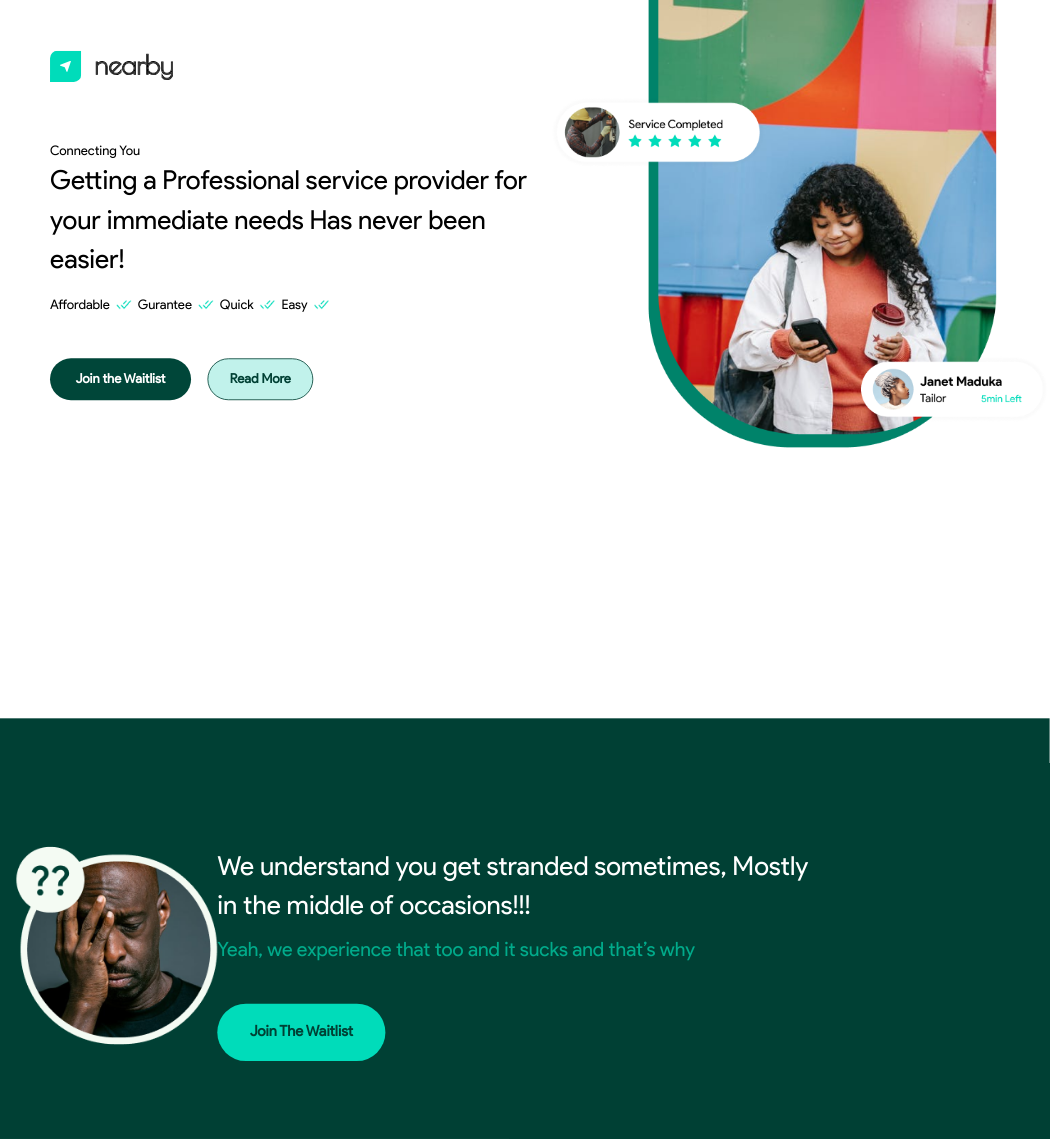
Repository: Eugene44-hub/Mearby
Page: /
An editor plug-in stored every save of this project. The page is shown before and after the next save, followed by the edit.
The browser window is 1280 px wide. The pictures show the whole page, at 82% of full size.
The project was rebuilt for these pictures with package versions that can differ from the ones it lists, and the page was loaded fresh each time.

Above is the page before, as saved 2022-04-30 07:19:07.

### src/App.tsx
import React from 'react';
import Hero from './components/hero/Hero';
import Nav from './components/nav/Nav';
import LandingPage from './pages/landing/LandingPage';

function App() {
  return (
   <>
<Nav/>
<LandingPage/>
</>

);
}

export default App;

### src/components/nav/Nav.tsx
import React from 'react';
import send from '../../assets/images/send.svg';
import nearby from '../../assets/images/nearby logo.svg';
import styles from "./Nav.module.css"
const Nav = () => {
	return (
		<nav className={`md:h-auto h-[96.57px] ${styles.nav} flex`}>
			<header className="m-auto block md:hidden">
				<div className="flex justify-center">
					<img
						src={send}
						className="bg-[#00DCBA] mr-[16.79px] p-3 rounded-tl-[8.91471px] rounded-br-[8.91471px]"
						alt="send"
					/>
					<img src={nearby} alt="send" />
				</div>
			</header>
		</nav>
	);
};

export default Nav;

### src/pages/landing/LandingPage.tsx
import React from 'react'
import Hero from '../../components/hero/Hero';
import Understand from '../../components/understand/Understand';
const LandingPage = () => {
  return (
    <>

    <Hero/>
    <Understand/>
    </>
  )
}

export default LandingPage

### src/components/nav/Nav.module.css
@media screen and (max-width:768px) {
    .nav{
/* display: none; */
/* bg-[#014034] */
background-color:#014034;
}
}

### src/components/hero/Hero.tsx
import React from 'react';
import styles from './Hero.module.css';
import checked from '../../assets/images/checked.png';
import heroImg from '../../assets/images/heroImg.png';
import send from '../../assets/images/send.svg';
import nearby from '../../assets/images/nearbyDark.svg';

const Hero = () => {
	const minorText: string[] = [ 'affordable', 'gurantee', 'quick', 'easy' ];
	return (
		<section className=" md:pl-[61px]">
			<div className={`${styles.container} md:flex justify-between`}>
				<div className={`${styles.heroContainer} mb-[3rem] flex flex-wrap md:w-[50%]`}>
					<div className="md:flex w-[20%] hidden mt-[62px] items-center">
						<img
							src={send}
							className="bg-[#00DCBA] w-[100%] mr-[16.79px] p-3 rounded-tl-[8.91471px] rounded-br-[8.91471px]"
							alt="send"
						/>
						<img src={nearby} alt="send" />
					</div>

					<div className="m-auto">
						<h2 className={` ${styles.connectHead} flex items-end md:h-[95.5px]`}>Connecting You</h2>
						<p className={`text-[2rem] ${styles.connectText}`}>
							Getting a Professional service provider for your immediate needs Has never been easier!
						</p>
					</div>

					<ul className={`${styles.connectList} mt-5 flex justify-between `}>
						{minorText.map((item, index) => (
							<li key={index} className="flex items-center capitalize mr-2">
								{item} <img src={checked} className="w-[18px] ml-2" alt="checked" />
							</li>
						))}
					</ul>

					<div className="w-[100%] md:pt-[53px] md:px-0 p-5">
						<button className="bg-[#004639] font-bold w-[172px] h-[51px] text-white mr-5 rounded-[50px]">
							Join the Waitlist
						</button>
						<button className="bg-[#C1F2EB] font-bold w-[129px] h-[51px] rounded-[50px] text-[#004034] border border-[#004034] capitalize">
							read more
						</button>
					</div>
				</div>
				<div className="md:w-[50%]">
					<img src={heroImg} className={styles.heroImg} alt="" />
				</div>
			</div>
		</section>
	);
};

export default Hero;
// wKcVoY0oBaK0dDUj5
// yX2Q8nskPsN4AjVkAPMBM

### src/components/understand/Understand.tsx
import React from 'react'
import understand from "../../assets/images/understand.png"
import WaitLight from "../../components/Buttons/WaitLight"
const Understand = () => {
  return (
    <div className='bg-[#004034] px-5 pt-[9.75rem] md:flex  relative mt-[20rem]'>

  <img src={understand} className=" absolute block md:hidden translate-x-[-50%] left-[50%] top-[-20%]" alt="understand" />
  <div className='30%'>
  <img src={understand} className=" w-[100%]"alt="understand" />

  </div>

<div className='w-[60%]'>
<div>
  <p className='text-[2rem] text-white'>
  We understand you get stranded sometimes, Mostly in the middle of occasions!!!
  </p>
  <p className='mt-3 text-[1.5rem] text-[#01AB8B] '>
  Yeah, we experience that too and it sucks and that’s why  </p>
</div>

<div className='pt-[3rem] pb-[5.938rem]'>
<WaitLight/>
</div>

</div>



    </div>
  )
}

export default Understand

### src/components/hero/Hero.module.css
.container{
height: 812px;
background-image: url(../../assets/images/mobileHero.png);
background-repeat: no-repeat;
background-position: center;
background-size: 133% 100%;
}


.heroImg{
    display: none;
    width: 100%;
}
.heroContainer{
    /* background-color: black; */
    color: white;

}
.connectHead,.connectText,.connectList{
    padding: 20px;

}
@media screen and (min-width:600px) {
    .container{
    background-image:none;
    height: auto;
}
.connectHead{
    background-color: none;
}
.heroImg{
    display: block;
}
.connectHead{
    background-color: none;
}
.heroContainer{
    /* background-color: black; */
    color: black ;
}

}

@media screen and (min-width:768px) {
    .connectHead,.connectText,.connectList{
        padding: 0px;
    }

}


@media screen and (max-width:600px){
.connectHead{
    background-color: #004034;
}

}
/* .minorTxt{
} */
/* linear-gradient(rgba(0, 64, 52, 1), rgba(0, 57, 64, 0)) */
/* linear-gradient(rgba(0, 64, 52, 1),rgba(0, 64, 52, 1)) */

### src/components/Buttons/WaitLight.tsx
import React from 'react'
import styles from "./Button.module.css"

const Wait = () => {
  return (
    <button className={`${styles.light} capitalize`}>Join the waitlist</button>

  )
}

export default Wait

### src/components/Buttons/Button.module.css
    .light {
        background-color: #00DCBA;
        color: #004034;
        width: 205px;
        font-size: 1.125rem;
    }

    .dark {
        background-color: #004639;
        color: #004034;
        font-size: "1rem";
        width: 192px;
    }

    .light,
    .dark {
        height: 70px;
        border-radius: 50px;
        font-weight: bold;
    }

Loaded but not shown: public/index.html (common file); src/index.tsx (common file); src/index.css (common file); tailwind.config.js (common file)

After the next save:
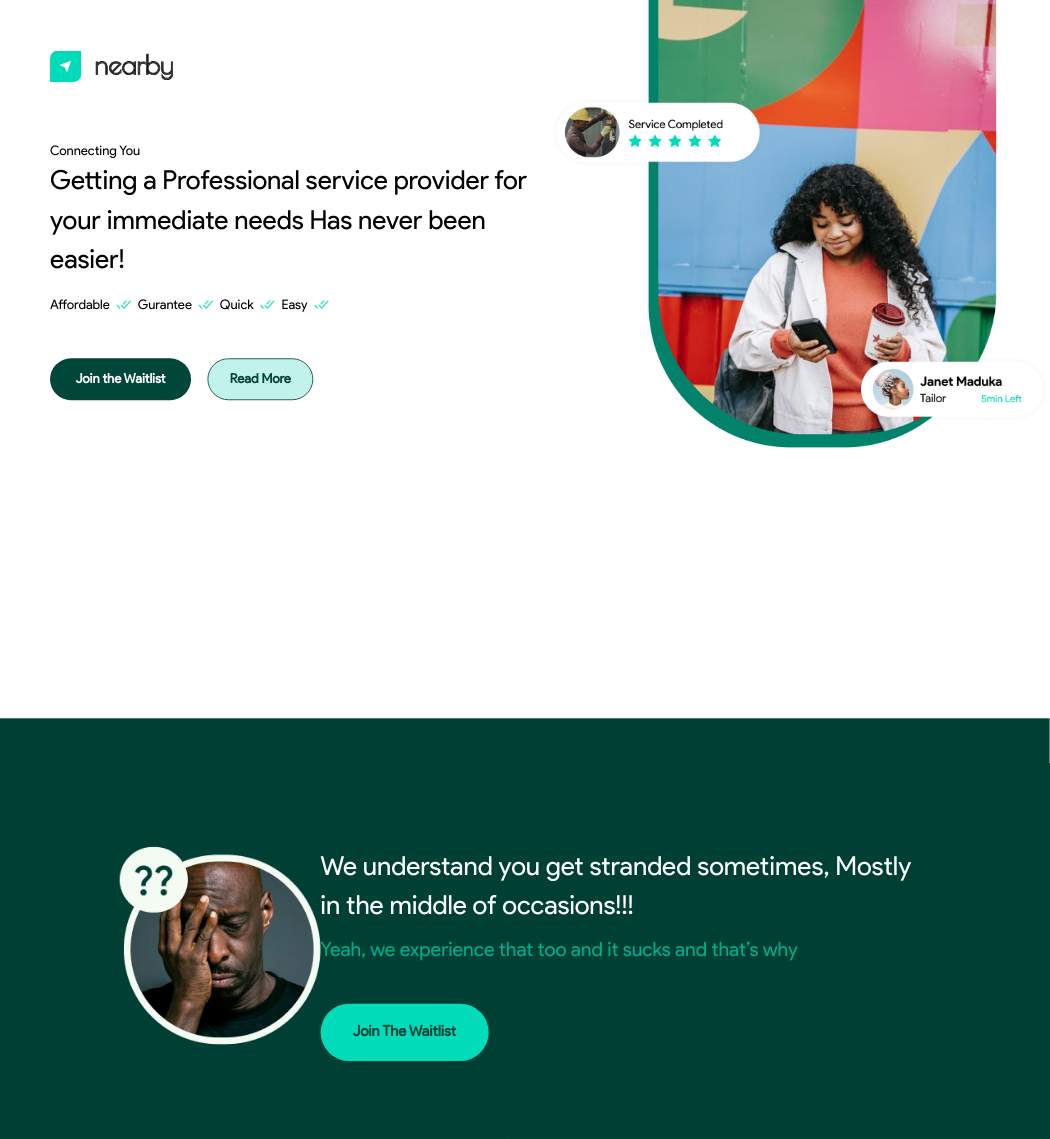
Saved 15 s later.
--- a/src/components/understand/Understand.tsx
+++ b/src/components/understand/Understand.tsx
@@ -3,7 +3,7 @@ import understand from "../../assets/images/understand.png"
 import WaitLight from "../../components/Buttons/WaitLight"
 const Understand = () => {
   return (
-    <div className='bg-[#004034] px-5 pt-[9.75rem] md:flex  relative mt-[20rem]'>
+    <div className='bg-[#004034] px-5 pt-[9.75rem] md:flex justify-center  relative mt-[20rem]'>
 
   <img src={understand} className=" absolute block md:hidden translate-x-[-50%] left-[50%] top-[-20%]" alt="understand" />
   <div className='30%'>
